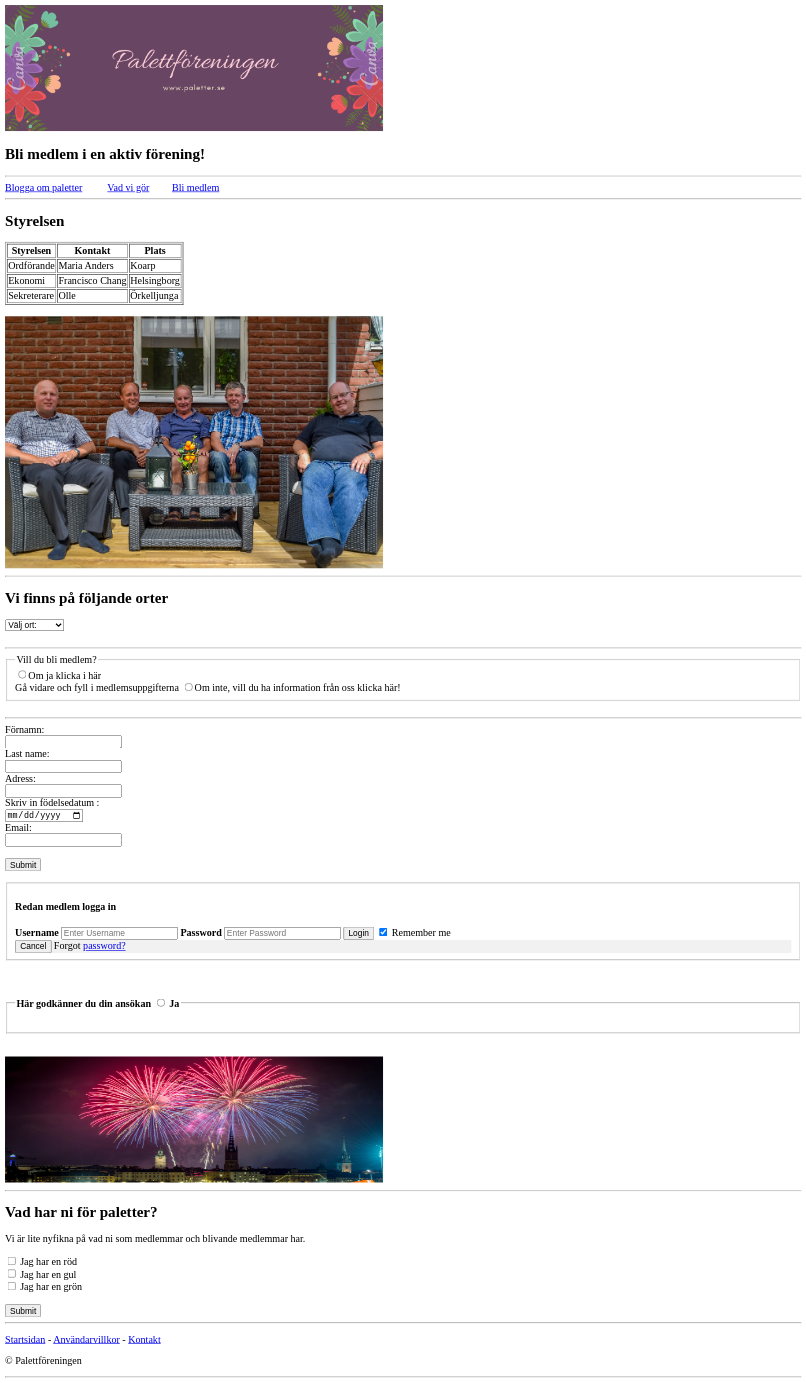
Repository: Webutveckling-20-21/Uppgift-1
Page: medlemskap.html
The author's editor kept a copy of each file at every save. The page is drawn from the files as they stood at one save, then again after the next save.
The browser window is 1280 px wide. The pictures show the whole page, at 63% of full size.

Above is the page before, as saved 2021-09-09 09:13:45.

After the next save:
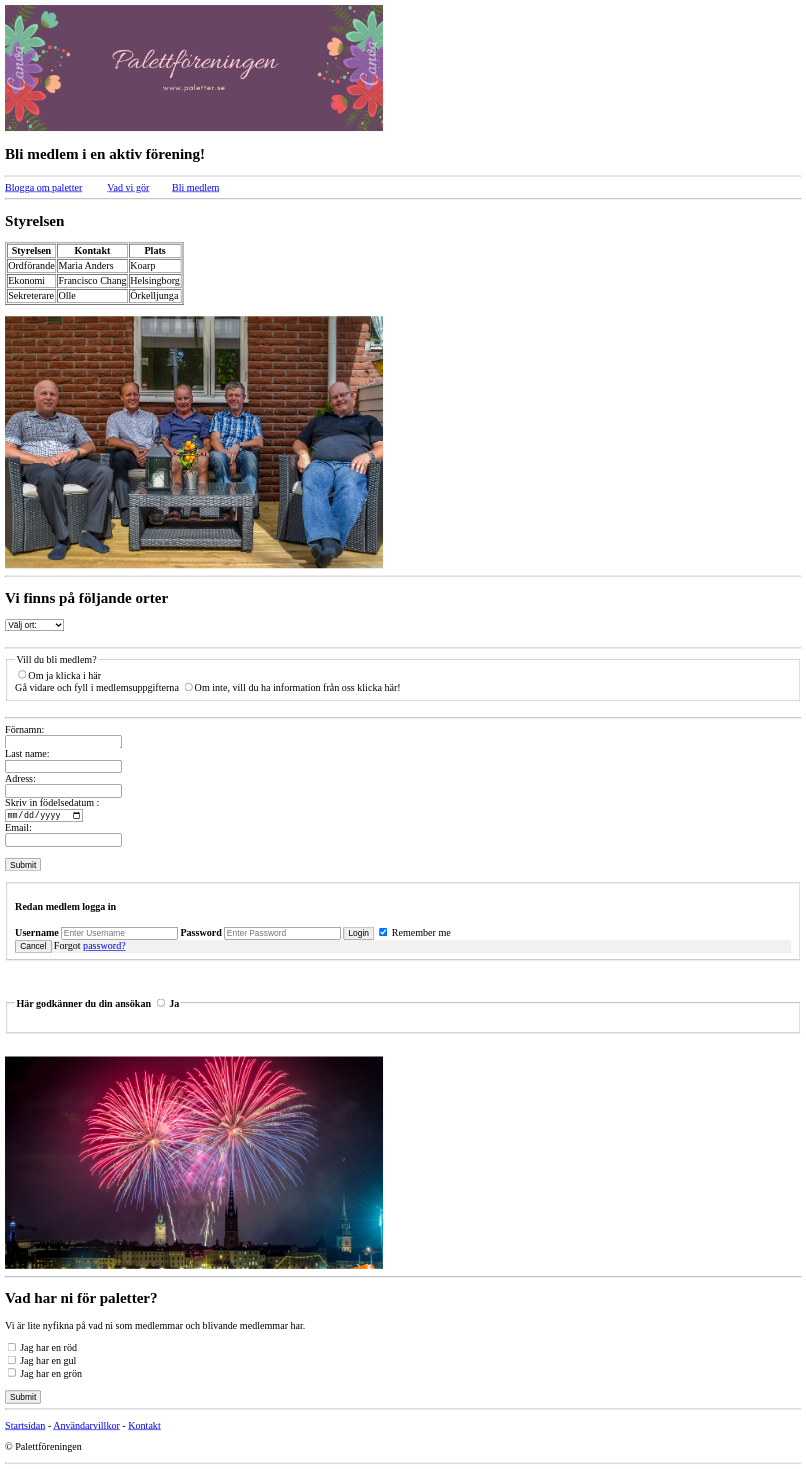
Saved 25 s later.
--- a/medlemskap.html
+++ b/medlemskap.html
@@ -106,7 +106,7 @@
                     </fieldset> <br>
 
                 </form> <br>
-                <img src="images/fyr.webp" width="600" height="200" alt="Firande">
+                <img src="images/fyr.webp" width="600"  alt="Firande">
     </main>
     <hr>
     <aside>
